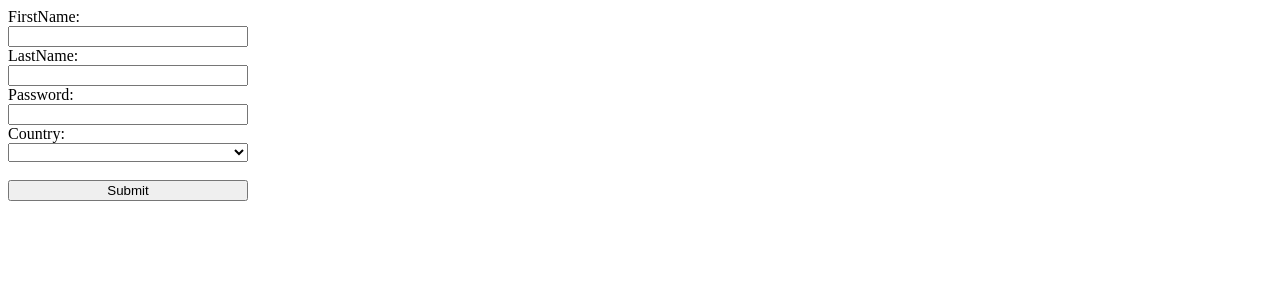
Repository: Vijay-aura/Wicket
Page: wicket-practice/src/main/java/com/form/InputFieldsPage.html
These files come from the project's save history. The page is drawn as it stood at one moment and after the next save; the edit follows.
The browser window is 1280 px wide. The pictures show the whole page.

Above is the page before, as saved 2024-03-04 13:11:41.

After the next save:
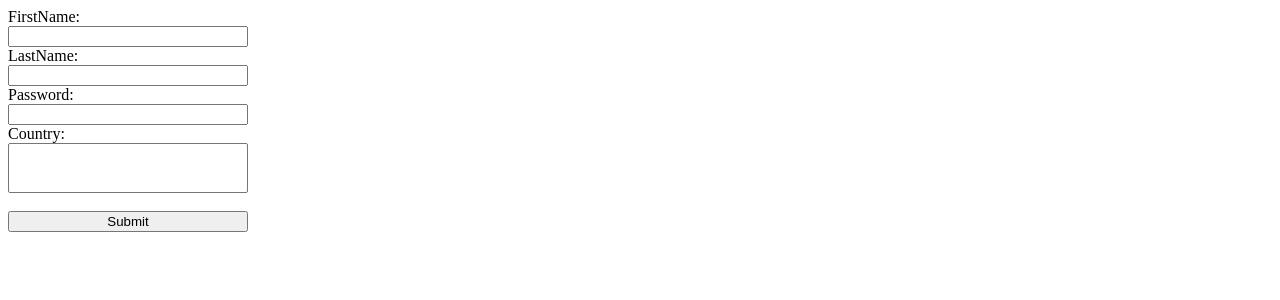
Saved 15 h 58 min later.
--- a/wicket-practice/src/main/java/com/form/InputFieldsPage.html
+++ b/wicket-practice/src/main/java/com/form/InputFieldsPage.html
@@ -19,7 +19,7 @@
 		FirstName: <input type="text" wicket:id="firstName"> LastName:
 		<input type="text" wicket:id="lastName">
 		Password: <input type="password" wicket:id="password">
-		Country: <select wicket:id="country"></select>
+		Country: <select wicket:id="country" size="3"></select>
 		<br><button wicket:id="button">Submit</button>
 	</form>
 	<div wicket:id="detailsContainer">

After the save that followed:
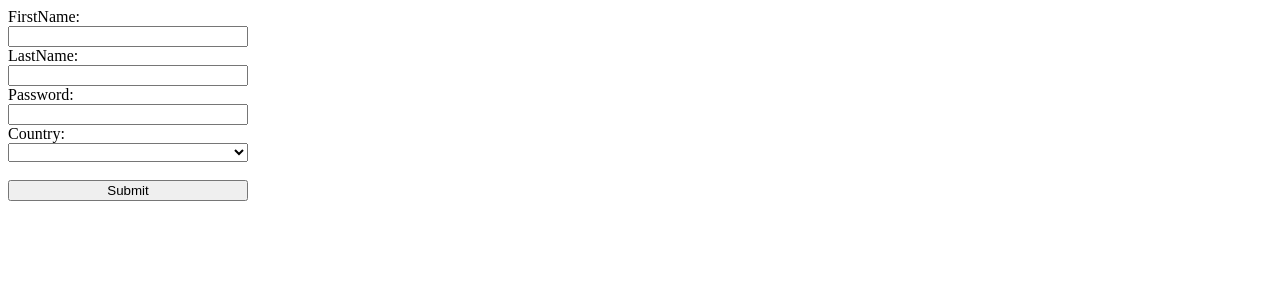
Saved 89 s later.
--- a/wicket-practice/src/main/java/com/form/InputFieldsPage.html
+++ b/wicket-practice/src/main/java/com/form/InputFieldsPage.html
@@ -19,7 +19,7 @@
 		FirstName: <input type="text" wicket:id="firstName"> LastName:
 		<input type="text" wicket:id="lastName">
 		Password: <input type="password" wicket:id="password">
-		Country: <select wicket:id="country" size="3"></select>
+		Country: <select wicket:id="country" ></select>
 		<br><button wicket:id="button">Submit</button>
 	</form>
 	<div wicket:id="detailsContainer">
